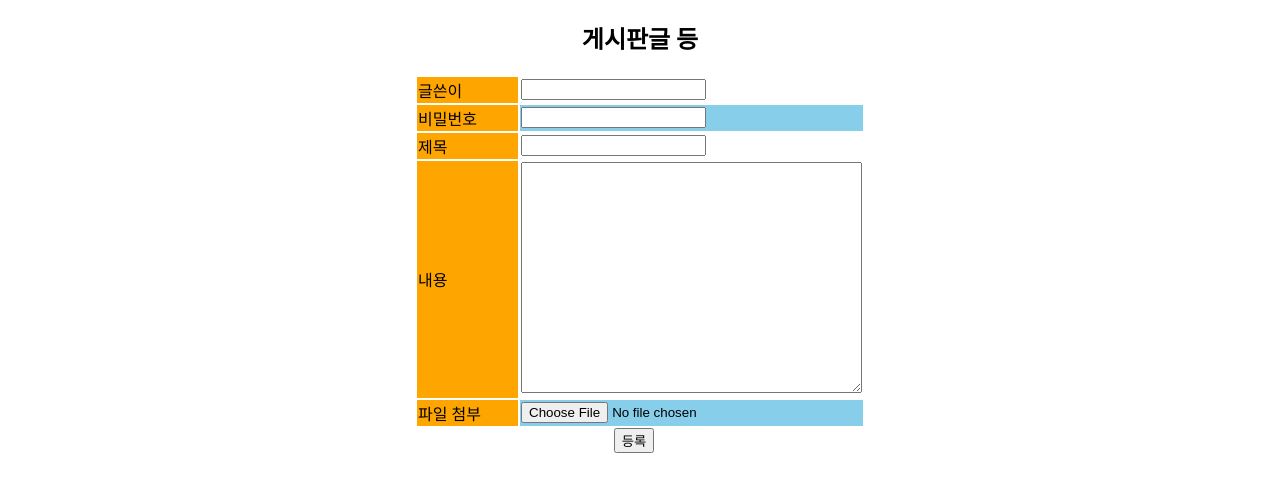
Repository: ReadStar/Jsp_MVC
Page: http://localhost/MVC_Board/board/qna_board_write.jsp
These files come from the project's save history. The page is drawn as it stood at one moment and after the next save; the edit follows.
The browser window is 1280 px wide. The pictures show the whole page.
The page is served by Tomcat 9. Other server files are loaded and not shown.

Above is the page before, as saved 2020-11-10 01:59:44.

### MVC_Board/WebContent/board/qna_board_write.jsp
<%@ page language="java" contentType="text/html; charset=UTF-8"
    pageEncoding="UTF-8"%>
<!DOCTYPE html>
<html>
<head>
<meta charset="UTF-8">
<title>MVC 게시판</title>
<style type="text/css">
#registForm{
width: 500px;
height: 610px;
border: 1px solid red;
margin: auto;
}

h2{
	text-align: center;
}

table{
	margin: auto;
	width: 450px;
}

.td_left{
	width: 150px;
	background: orange;
}

.td_right{
	width: 300px;
	background: skyblue;
}

#commandCell{
	text-align: center;
}
</style>
</head>
<body>
	<!-- 게시판 등록-->
	<section id="writeForm">
		<h2>게시판글 등</h2>
		<form action="BoardWritePro.bo" method="post"
			enctype="multipart/form=data" name="boardform">
			<table>
				<tr>
					<td class="td_left"><label for="board_name">글쓴이</label></td>
					<td class="te_right"><input type="text" name="board_name" id="board_name" required="required"/></td>
				</tr>
				<tr>
					<td class="td_left"><label for="board_pass">비밀번호</label></td>
					<td class="td_right"><input name="board_pass" type="password" id="board_pass" required="required"/></td>
				</tr>
				<tr>
					<td class="td_left"><label for="board_subject">제목</label></td>
					<td class="td_rifht"><input name="board_subject" type="text" id="board_subject" required="required"/></td>
				</tr>
				<tr>
					<td class="td_left"><label for="board_content">내용</label></td>
					<td><textarea id="board_content" name="board_content" cols="40" rows="15" required="required"></textarea></td>
				</tr>
				<tr>
					<td class="td_left"><label for="board_file">파일 첨부</label></td>
					<td class="td_right"><input name="board_file" type="file" id="board_file" required="required"/></td>
				</tr>
			</table>
			<section id="commandCell">
					<input type="submit" value="등록">&nbsp; &nbsp;
			</section>
			</form>
	</section>
</body>
</html>

After the next save:
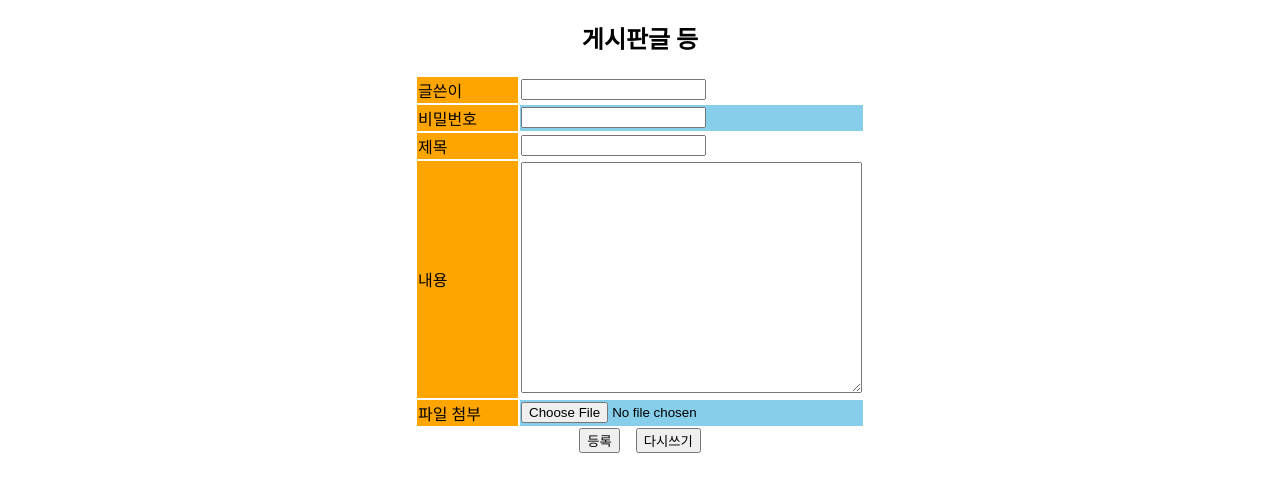
Saved 14 s later.
--- a/MVC_Board/WebContent/board/qna_board_write.jsp
+++ b/MVC_Board/WebContent/board/qna_board_write.jsp
@@ -67,6 +67,7 @@ table{
 			</table>
 			<section id="commandCell">
 					<input type="submit" value="등록">&nbsp; &nbsp;
+					<input type="reset" value="다시쓰기"/>
 			</section>
 			</form>
 	</section>
